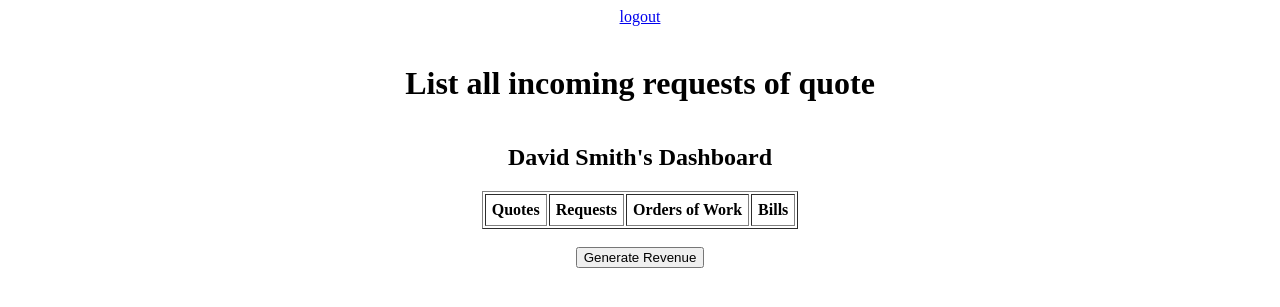
Repository: Sahithkonuganti/DatabaseProject
Page: http://localhost/database/davidView.jsp
The author's editor kept a copy of each file at every save. The page is drawn from the files as they stood at one save, then again after the next save.
The browser window is 1280 px wide. The pictures show the whole page.
The page is served by Tomcat 9. Other server files are loaded and not shown.

Above is the page before, as saved 2023-10-27 20:41:46.

### database/WebContent/davidView.jsp
<%@ page language="java" contentType="text/html; charset=ISO-8859-1"
    pageEncoding="ISO-8859-1"%>
 <%@taglib uri="http://java.sun.com/jsp/jstl/core" prefix="c" %>

<!DOCTYPE html>
<html>
<head>
<meta charset="ISO-8859-1">
<title>David's page</title>
</head>
<body>

<div align = "center">

	<!-- <form action = "initialize">
		<input type = "submit" value = "Initialize the Database"/>
	</form> -->
	<a href="login.jsp"target ="_self" > logout</a><br><br>

<h1>List all incoming requests of quote</h1>
    <div align="center">
        <table border="1" cellpadding="6">
            <caption><h2>David Smith's Dashboard</h2></caption>
            <tr>
                <th>Quotes</th>
                <th>Requests</th>
                <th>Orders of Work</th>
                <th>Bills</th>
                <!-- <th>PPS_bal</th> -->
            </tr>
        </table>
	</div>
	<br>
	<form action = "generate">
		<input type = "submit" value = "Generate Revenue"/>
	</form>
</div>

</body>
</html>

After the next save:
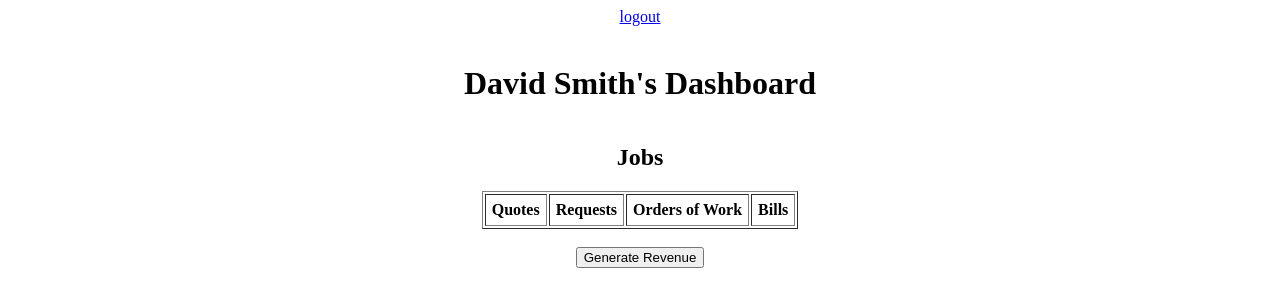
Saved 117 s later.
--- a/database/WebContent/davidView.jsp
+++ b/database/WebContent/davidView.jsp
@@ -17,10 +17,10 @@
 	</form> -->
 	<a href="login.jsp"target ="_self" > logout</a><br><br>
 
-<h1>List all incoming requests of quote</h1>
+<h1>David Smith's Dashboard</h1>
     <div align="center">
         <table border="1" cellpadding="6">
-            <caption><h2>David Smith's Dashboard</h2></caption>
+            <caption><h2>Jobs</h2></caption>
             <tr>
                 <th>Quotes</th>
                 <th>Requests</th>
